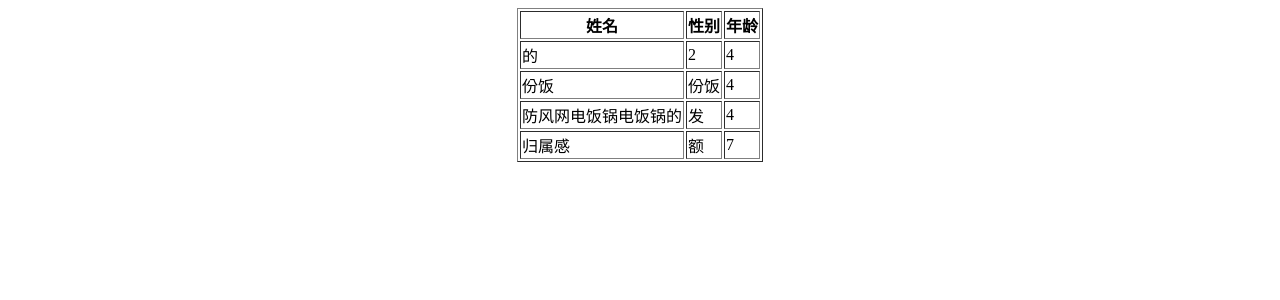
Repository: TheBestBadGuy0228/code
Page: day2_表格基本语法.html
The author's editor kept a copy of each file at every save. The page is drawn from the files as they stood at one save, then again after the next save.
The browser window is 1280 px wide. The pictures show the whole page.

Above is the page before, as saved 2021-06-23 14:44:06.

### day2_表格基本语法.html
<!-- /*
 * @Author: 风车车的表哥
 * @Date: 2021-06-23 14:06:46
 * @Last Modified by:   风车车的表哥
 * @Last Modified time: 2021-06-23 14:06:46
 */ -->
<!DOCTYPE html>
<html lang="en">

<head>
    <meta charset="UTF-8">
    <meta http-equiv="X-UA-Compatible" content="IE=edge">
    <meta name="viewport" content="width=device-width, initial-scale=1.0">
    <title>表格基础语法</title>
</head>

<body>
    <!-- 属性写在table标签中 -->
    <table align="center" border="1" >
        <tr>
            <th>姓名</th>
            <th>性别</th>
            <th>年龄</th>
        </tr>
        <tr>
            <td>的</td>
            <td>2</td>
            <td>4</td>
        </tr>
        <tr>
            <td>份饭</td>
            <td>份饭</td>
            <td>4</td>
        </tr>
        <tr>
            <td>防风网电饭锅电饭锅的</td>
            <td>发</td>
            <td>4</td>
        </tr>
        <tr>
            <td>归属感</td>
            <td>额</td>
            <td>7</td>
        </tr>

    </table>
</body>

</html>

After the next save:
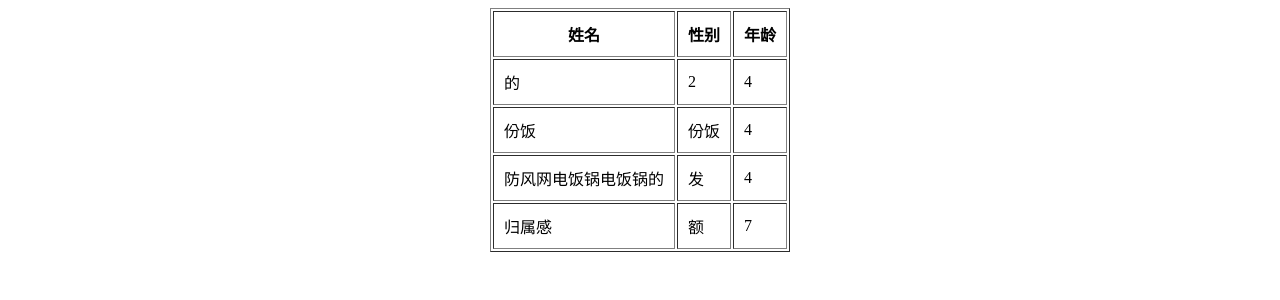
Saved 7 s later.
--- a/day2_表格基本语法.html
+++ b/day2_表格基本语法.html
@@ -16,7 +16,7 @@
 
 <body>
     <!-- 属性写在table标签中 -->
-    <table align="center" border="1" >
+    <table align="center" border="1" cellpadding="10">
         <tr>
             <th>姓名</th>
             <th>性别</th>
